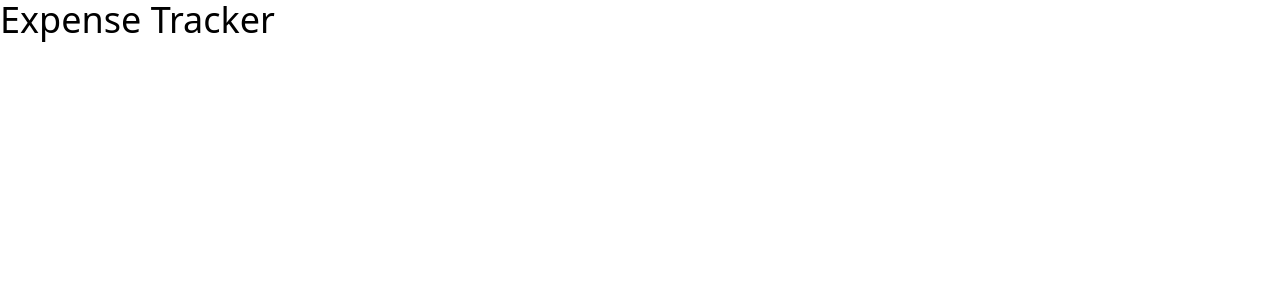
Repository: Syed-Mohsin-Ali786/frontend-expense-tracker
Page: /signup
These files come from the project's save history. The page is drawn as it stood at one moment and after the next save; the edit follows.
The browser window is 1280 px wide. The pictures show the whole page.
The project was rebuilt for these pictures with package versions that can differ from the ones it lists, and the page was loaded fresh each time.

Above is the page before, as saved 2025-09-28 12:41:08.

After the next save:
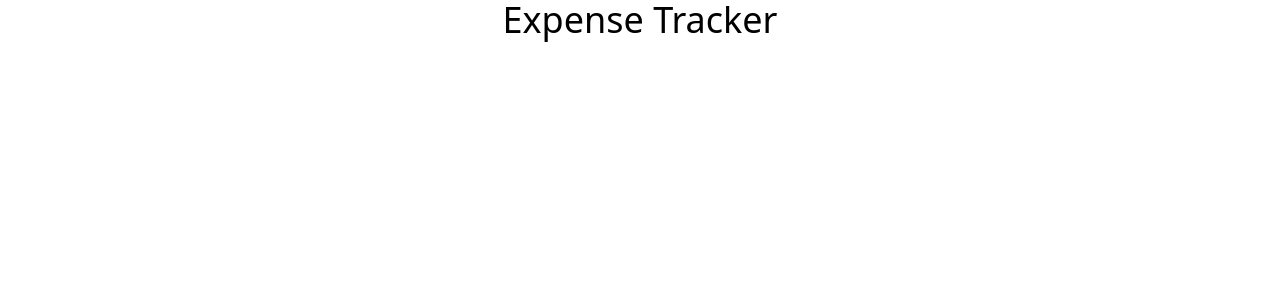
Saved 47 min 34 s later.
--- a/src/App.tsx
+++ b/src/App.tsx
@@ -5,7 +5,7 @@ function App() {
 
 
   return (
-    <div cla  >
+    <div className='flex justify-center flex-col items-center'>
      <h1 className='text-4xl'>Expense Tracker</h1>
     </div>
   )
